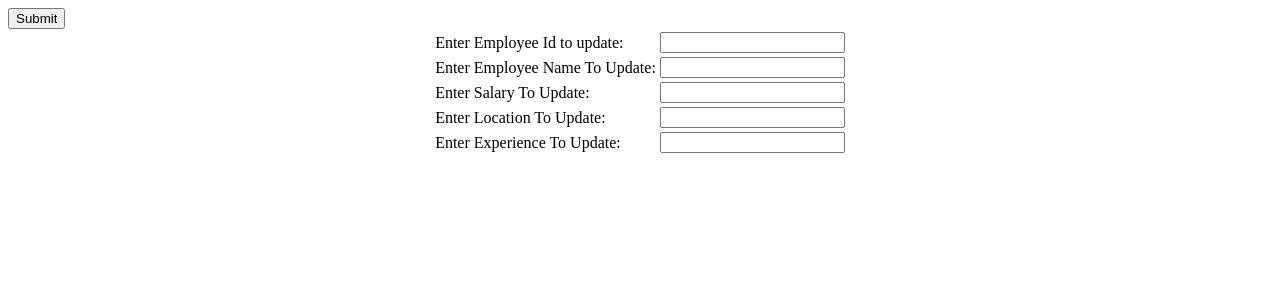
Repository: mounikagunda/corejavaproject
Page: http://localhost/projectjsp1/Update.jsp
The author's editor kept a copy of each file at every save. The page is drawn from the files as they stood at one save, then again after the next save.
The browser window is 1280 px wide. The pictures show the whole page.
The page is served by Tomcat 9. Other server files are loaded and not shown.

Above is the page before, as saved 2016-12-21 06:34:01.

### projectjsp1/WebContent/Update.jsp
<%@ page language="java" contentType="text/html; charset=ISO-8859-1"
    pageEncoding="ISO-8859-1"%>
<!DOCTYPE html PUBLIC "-//W3C//DTD HTML 4.01 Transitional//EN" "http://www.w3.org/TR/html4/loose.dtd">
<html>
<head>
<meta http-equiv="Content-Type" content="text/html; charset=ISO-8859-1">
<title>Insert title here</title>
</head>
<body>
<form action="Update" method="post">
<table align="center">

<tr>
      <td>Enter Employee Id to update:</td>
      <td><input type="text" name="employeeId" /></td>
    </tr>

    <tr>
      <td>Enter Employee Name To Update:</td>
      <td><input type="text" name="employeeName" /></td>
    </tr>

     <tr>
      <td>Enter Salary To Update:</td>
      <td><input type="number" name="employeeSalary" /></td>
    </tr>
     <tr>
      <td>Enter Location To Update:</td>
      <td><input type="text" name="employeeLocation" /></td>
    </tr>
    <tr>
      <td>Enter Experience To Update:</td>
      <td><input type="number" name="employeeExp" /></td>
    </tr>
   <!-- <tr>
    <td>Enter Loan to Update:</td>
    <td><input type="number" name="employeeLoan"/></td>
    </tr> -->

<input type="submit" value="Submit">
</table>
</form>
</body>
</html>

After the next save:
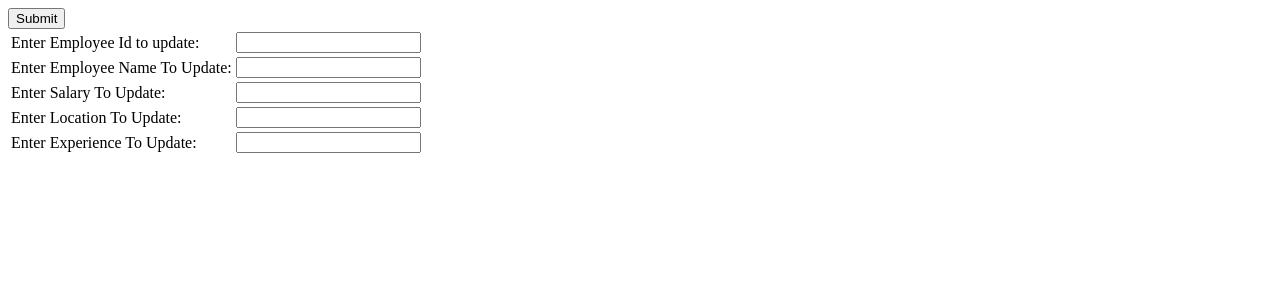
Saved 114 s later.
--- a/projectjsp1/WebContent/Update.jsp
+++ b/projectjsp1/WebContent/Update.jsp
@@ -8,7 +8,7 @@
 </head>
 <body>
 <form action="Update" method="post">
-<table align="center">
+<table >
 
 <tr>
       <td>Enter Employee Id to update:</td>
